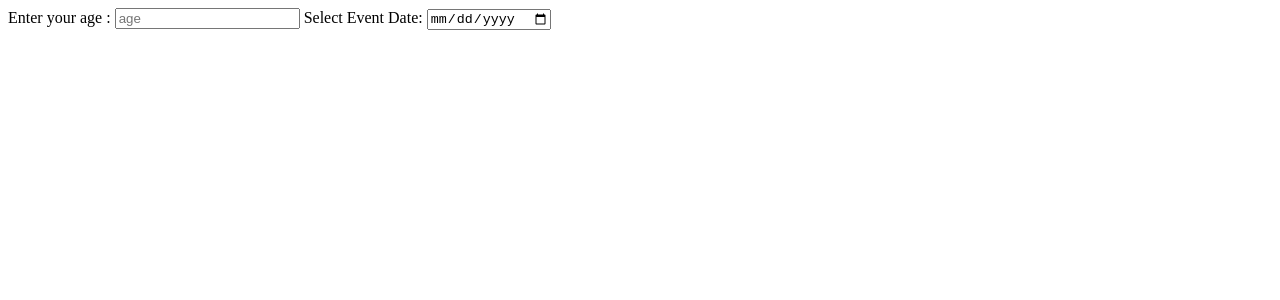
Repository: sristigupta04/basic-js-project
Page: age calculator/age.html
These files come from the project's save history. The page is drawn as it stood at one moment and after the next save; the edit follows.
The browser window is 1280 px wide. The pictures show the whole page.

Above is the page before, as saved 2025-11-07 14:51:28.

After the next save:
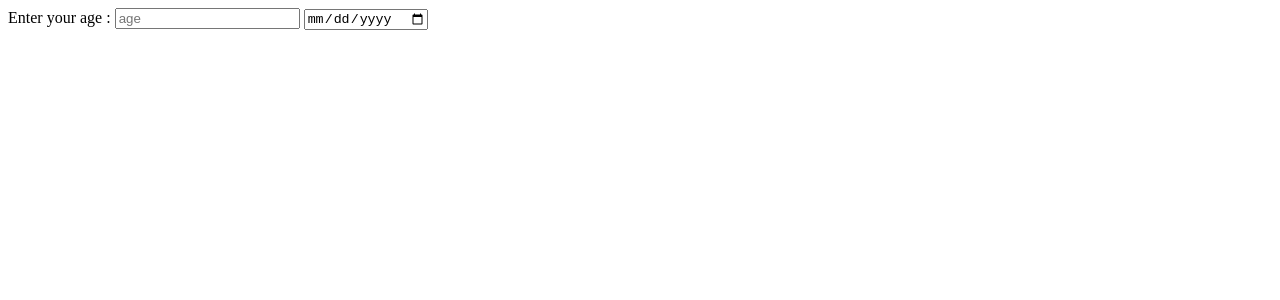
Saved 20 s later.
--- a/age calculator/age.html
+++ b/age calculator/age.html
@@ -8,7 +8,7 @@
 <body>
     <label for="user">Enter  your age :</label>
     <input type="text" id="user" placeholder="age" />
-    <label for="eventDate">Select Event Date:</label>
+    <!-- <label for="eventDate">Select Event Date:</label> -->
 <input type="date" id="eventDate" name="eventDate">
 </body>
 </html>

After the 3 saves that followed:
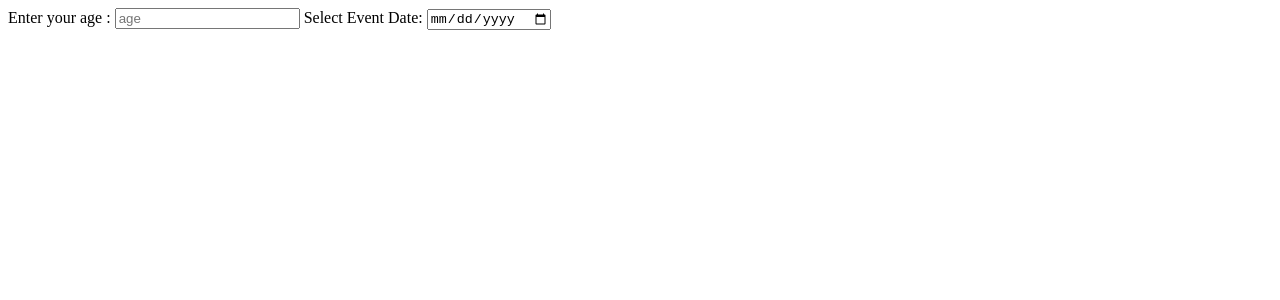
The 3 saves are shown as one change because 2 left the picture as it was.
The last was saved 71 s later.
--- a/age calculator/age.html
+++ b/age calculator/age.html
@@ -8,7 +8,7 @@
 <body>
     <label for="user">Enter  your age :</label>
     <input type="text" id="user" placeholder="age" />
-    <!-- <label for="eventDate">Select Event Date:</label> -->
+    <label for="eventDate">Select Event Date:</label>
 <input type="date" id="eventDate" name="eventDate">
 </body>
 </html>
